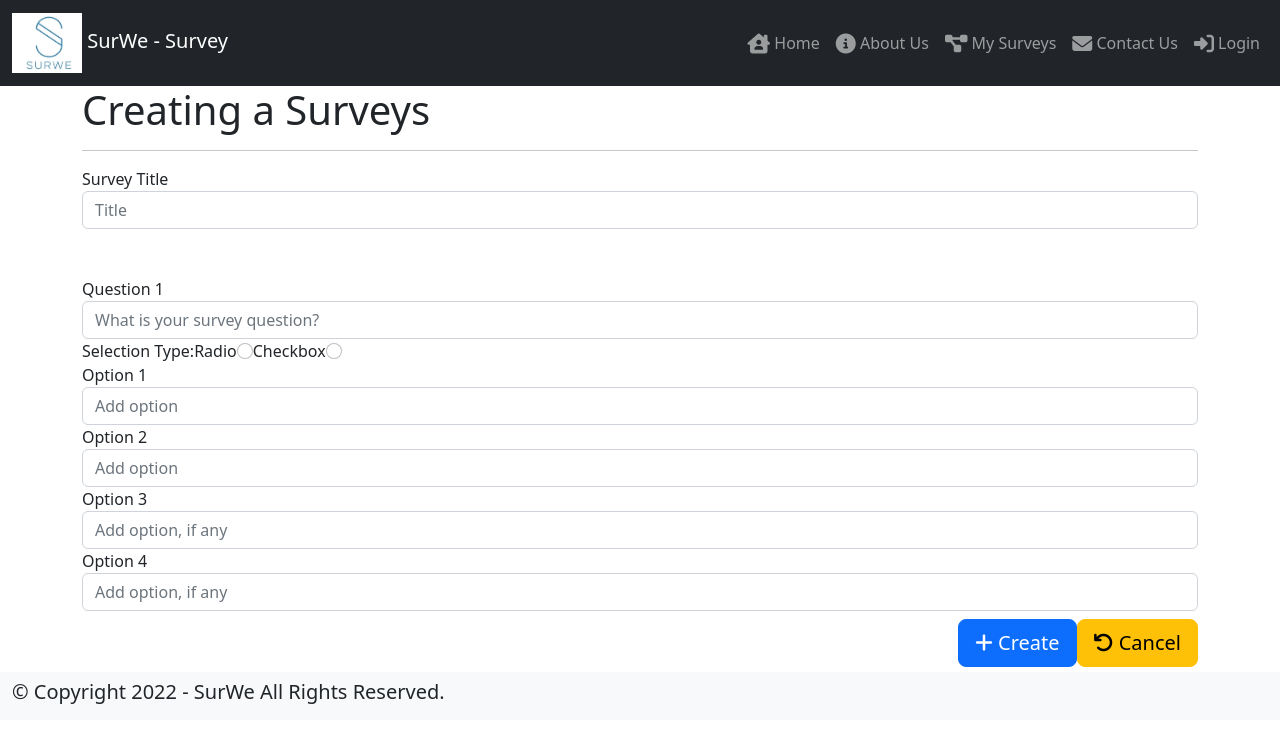
Repository: ryanchandata/comp229-m2022-group6-frontend
Page: /add
An editor plug-in stored every save of this project. The page is shown before and after the next save, followed by the edit.
The browser window is 1280 px wide. The pictures show the whole page.
The project was rebuilt for these pictures with package versions that can differ from the ones it lists, and the page was loaded fresh each time. Also part of the build but not shown: src/content/home.tsx, src/content/about.tsx, src/content/contact.tsx, src/survey-list/landing.tsx, src/survey-list/edit.tsx, src/content/PageNotFound.tsx, src/authentication/login.tsx, src/authentication/logout.tsx and 1 more.

Above is the page before, as saved 2022-07-29 20:25:50.

After the next save:
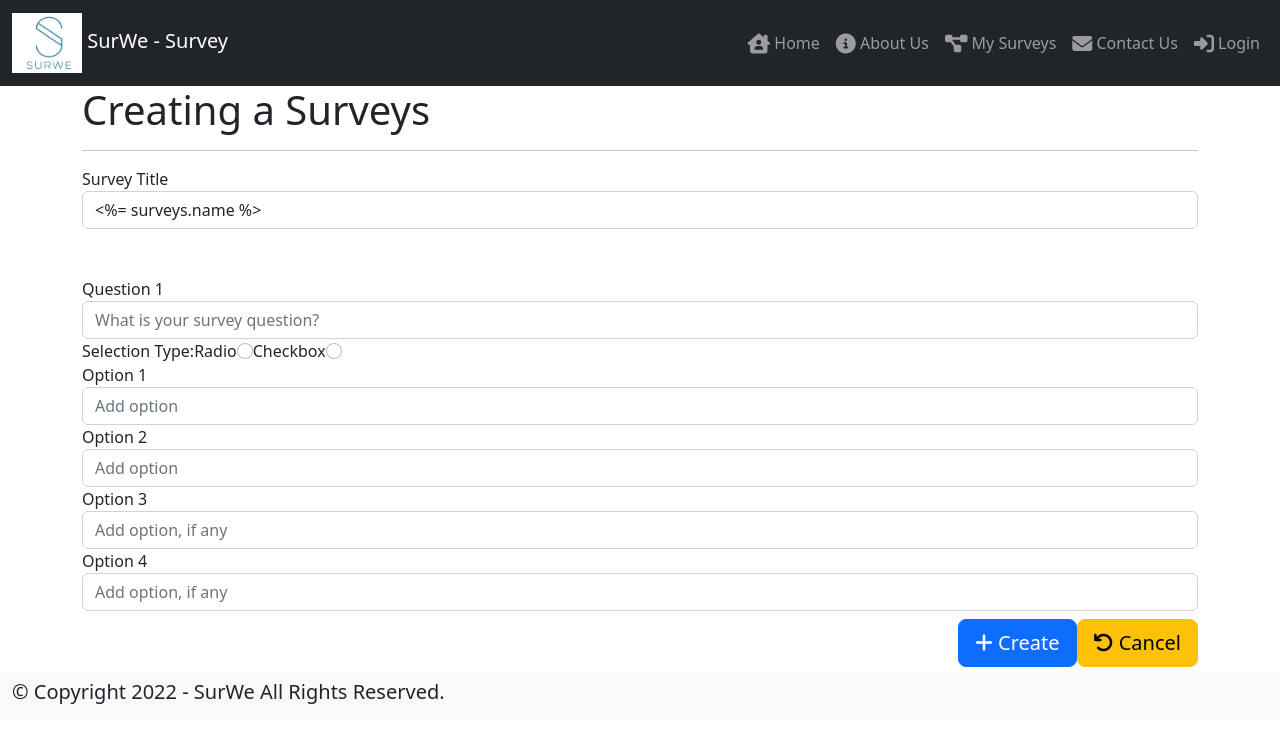
Saved 2 min 33 s later.
--- a/src/survey-list/add.tsx
+++ b/src/survey-list/add.tsx
@@ -14,7 +14,7 @@ function Add()
             <form className="form" method="post">
                 <div className="form-group">
                     <label htmlFor="title">Survey Title</label>
-                    <input type="text" className="form-control" placeholder="Title" id="question<%= count + 1%>" name="name" value="" required></input><br /><br />
+                    <input type="text" className="form-control" placeholder="Title" id="question<%= count + 1%>" name="name" value="<%= surveys.name %>" required></input><br /><br />
                     <label htmlFor="name">Question 1</label>
                     <input type="text" className="form-control" placeholder="What is your survey question?" id="question1" name="question1" value="" required></input>
                     <label htmlFor="optionType">Selection Type:</label>
